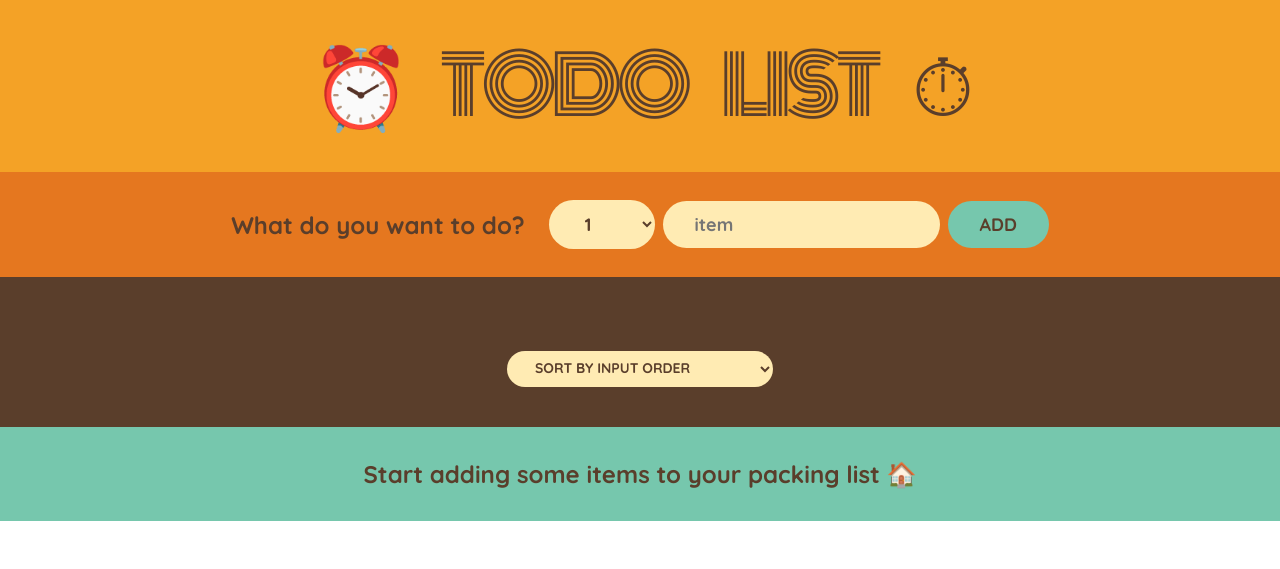
Repository: noemiepham/travel-list-react
Page: /
These files come from the project's save history. The page is drawn as it stood at one moment and after the next save; the edit follows.
The browser window is 1280 px wide. The pictures show the whole page.
The project was rebuilt for these pictures with package versions that can differ from the ones it lists, and the page was loaded fresh each time.

Above is the page before, as saved 2024-02-05 09:25:06.

### src/App.js
import { useState } from "react";
/* const initialItems = [
  { id: 1, description: "Passports", quantity: 2, packed: false },
  { id: 2, description: "Socks", quantity: 12, packed: true },
  { id: 3, description: "Money", quantity: 10, packed: false },
  { id: 4, description: "Billets", quantity: 12, packed: true },
]; */

export default function App() {
  const [items, setItems] = useState([]);
  function handleAddItems(item) {
    setItems((items) => [...items, item]);
  }
  function handleToggleItem(id) {
    setItems(
      items.map((item) =>
        item.id === id ? { ...item, packed: !item.packed } : item
      )
    );
  }
  function handleDelete(id) {
    setItems(items.filter((item) => item.id !== id));
  }
  return (
    <div className="App">
      <Logo />
      <Form handleAddItems={handleAddItems} />
      <PackingList
        items={items}
        onToggleItem={handleToggleItem}
        onDelete={handleDelete}
      />
      <Stats items={items} />
    </div>
  );
}

function Logo() {
  return <h1> ⏰ TODO LIST ⏱ </h1>;
}

function Form({ handleAddItems }) {
  const [description, setDescription] = useState("");
  const [quantity, setQuantity] = useState(1);

  function handleSubmit(event) {
    event.preventDefault();

    if (!description) return;
    const newItem = { description, quantity, packed: false, id: Date.now() };
    console.log(newItem);
    console.log(event.target);

    handleAddItems(newItem);
    setDescription("");
    setQuantity(1);
  }
  return (
    <form className="add-form" onSubmit={handleSubmit}>
      <h3>What do you want to do?</h3>
      <select
        value={quantity}
        onChange={(event) => setQuantity(event.target.value)}
      >
        {Array.from({ length: 20 }, (_, i) => i + 1).map((num) => (
          <option value={num} key={num}>
            {num}
          </option>
        ))}
      </select>
      <input
        type="text"
        placeholder="item"
        value={description}
        onChange={(event) => setDescription(event.target.value)}
      />
      <button>Add</button>
    </form>
  );
}

function PackingList({ items, onToggleItem, onDelete }) {
  const [sortBy, setSortBy] = useState("input");

  let sortedItems;
  if (sortBy === "input") sortedItems = items;
  if (sortBy === "description")
    sortedItems = items
      .slice()
      .sort((a, b) => a.description.localeCompare(b.description));
  if (sortBy === "packed")
    sortedItems = items
      .slice()
      .sort((a, b) => Number(a.packed) - Number(b.packed));
  return (
    <div className="list">
      <ul>
        {sortedItems.map((item) => (
          <Item
            item={item}
            key={item.id}
            onToggleItem={onToggleItem}
            onDelete={onDelete}
          />
        ))}
      </ul>
      <div className="action">
        <select value={sortBy} onChange={(e) => setSortBy(e.target.value)}>
          <option value="input">Sort by input order</option>
          <option value="description">Sort by input description</option>
          <option value="packed">Sort by packed status</option>
        </select>
      </div>
    </div>
  );
}

function Item({ item, onToggleItem, onDelete }) {
  //console.log("list", item.packed);
  return (
    <li>
      <input type="checkbox" onClick={() => onToggleItem(item.id)} />
      <span style={item.packed ? { textDecoration: "line-through" } : {}}>
        {item.quantity} {item.description}
      </span>
      <button onClick={() => onDelete(item.id)}>❌</button>
    </li>
  );
}
function Stats({ items }) {
  if (!items.length)
    return (
      <div className="stats">
        {" "}
        Start adding some items to your packing list 🏠
      </div>
    );

  const numItems = items.length;
  const numPacked = items.filter((item) => item.packed).length;
  const percentage = Math.round((numPacked / numItems) * 100);
  //console.log("footer", items);
  return (
    <footer className="stats" key={items.id}>
      <em>
        {percentage === 100
          ? "you got everything! Ready to go ✈️"
          : `
        You have ${numItems} items on Your list, and you already packed
        ${numPacked} ( ${percentage}% )`}
      </em>
    </footer>
  );
}

Loaded but not shown: public/index.html (common file); src/index.js (common file); src/index.css (common file)

After the next save:
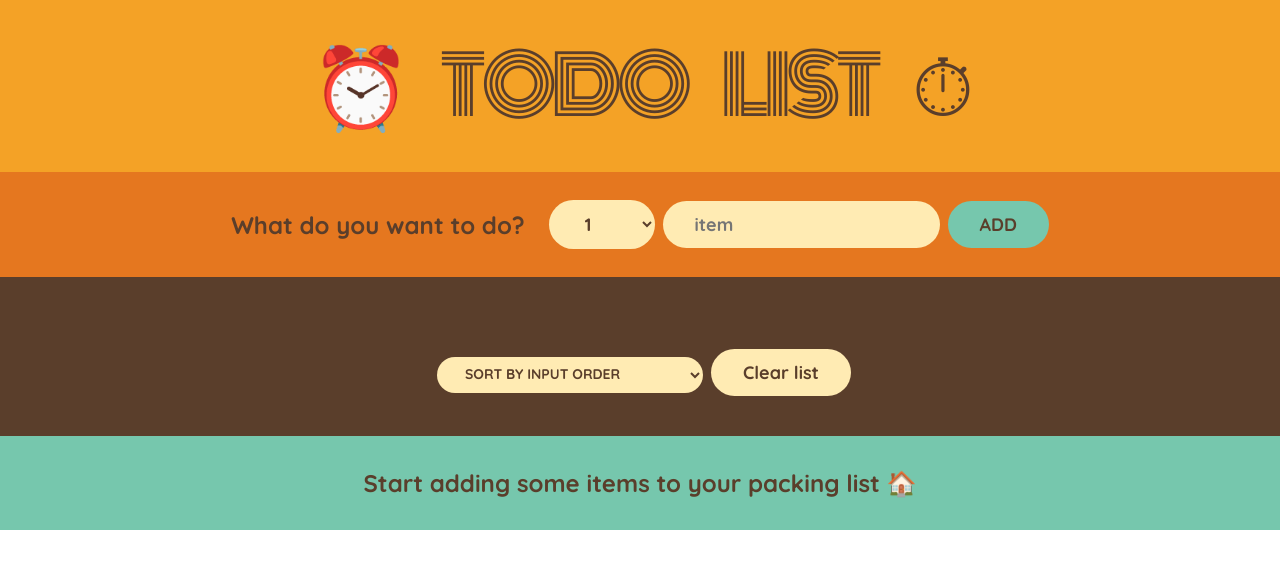
Saved 2 min 55 s later.
--- a/src/App.js
+++ b/src/App.js
@@ -110,6 +110,7 @@ function PackingList({ items, onToggleItem, onDelete }) {
           <option value="description">Sort by input description</option>
           <option value="packed">Sort by packed status</option>
         </select>
+        <button>Clear list</button>
       </div>
     </div>
   );
